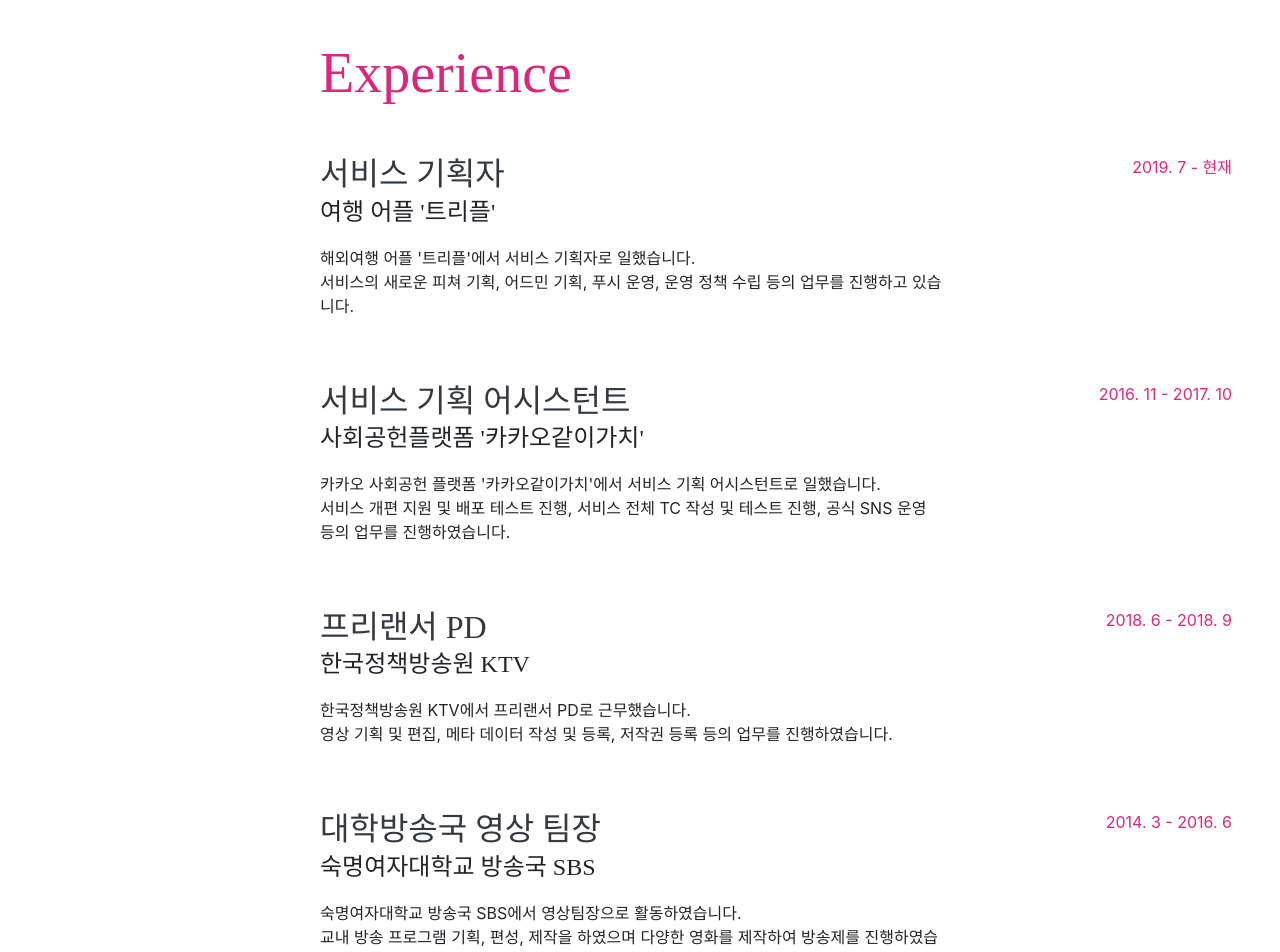
Repository: hyunah-aha/hyunah-aha
Page: Resume/index.html
The author's editor kept a record of every edit. The page is drawn from the files as they stood at one moment, then again after the next edit.
The browser window is 1280 px wide. The pictures show the part of the page from y = 729 to 1681 px (the page is 4823 px tall before and 4799 px after).
A picture or video elsewhere on the page could not be fetched, so the positions and the page height are approximate. Some web fonts or font styles are not loaded; a fallback is used.

Above is the page before.

### Resume/index.html
<!DOCTYPE html>
<html lang="kor">

<head>

  <meta charset="utf-8">
  <meta name="viewport" content="width=device-width, initial-scale=1, shrink-to-fit=no">
  <meta name="description" content="">
  <meta name="author" content="">

  <title>Resume - Start Bootstrap Theme</title>

  <!-- Bootstrap core CSS -->
  <link href="vendor/bootstrap/css/bootstrap.min.css" rel="stylesheet">

  <!-- Custom fonts for this template -->
  <link href="https://fonts.googleapis.com/css?family=Saira+Extra+Condensed:500,700" rel="stylesheet">
  <link href="https://fonts.googleapis.com/css?family=Muli:400,400i,800,800i" rel="stylesheet">
  <link href="vendor/fontawesome-free/css/all.min.css" rel="stylesheet">

  <!-- Custom styles for this template -->
  <link href="css/resume.css" rel="stylesheet">

</head>

<body id="page-top">

  <nav class="navbar navbar-expand-lg navbar-dark bg-primary fixed-top" id="sideNav">
    <a class="navbar-brand js-scroll-trigger" href="#page-top">
      <span class="d-block d-lg-none">현아의 포트폴리오
</span>
      <span class="d-none d-lg-block">
        <img class="img-fluid img-profile rounded-circle mx-auto mb-2" src="img/hyunah_profile2.jpeg" alt="">
      </span>
    </a>
    <button class="navbar-toggler" type="button" data-toggle="collapse" data-target="#navbarSupportedContent" aria-controls="navbarSupportedContent" aria-expanded="false" aria-label="Toggle navigation">
      <span class="navbar-toggler-icon"></span>
    </button>
    <div class="collapse navbar-collapse" id="navbarSupportedContent">
      <ul class="navbar-nav">
        <li class="nav-item">
          <a class="nav-link js-scroll-trigger" href="#about">Hello :D </a>
        </li>
        <li class="nav-item">
          <a class="nav-link js-scroll-trigger" href="#experience">experience</a>
        </li>
        <li class="nav-item">
        </li>
        <li class="nav-item">
          <a class="nav-link js-scroll-trigger" href="#skills">skills</a>
        </li>
        <li class="nav-item">
          <a class="nav-link js-scroll-trigger" href="#interests">interests</a>
        </li>
        <li class="nav-item">
          <a class="nav-link js-scroll-trigger" href="#awards">awards</a>
        </li>
      </ul>
    </div>
  </nav>

  <div class="container-fluid p-0">

    <section class="resume-section p-3 p-lg-5 d-flex align-items-center" id="about">
      <div class="w-100">
        <h2 class="mb-0">현아의 포트폴리오
        </h2>
        <br>
        <div class="subheading mb-5">T. 010-8704-0516<br>
          <a href="mailto:someday_ii@hanmail.net">E. someday_ii@hanmail.net</a>
        </div>
        <p class="lead mb-5">안녕하세요. 1년차 서비스 기획자 조현아입니다 🐥🌱 <br>이 자료는 저의 경력 사항들과, 그 이외의 경험들을 담고 있습니다. <br> 시간 내주셔서 감사드립니다. 지금부터 제 소개를 시작하겠습니다.</p>
        <br>
        <div class="social-icons">
          <a href="https://www.triple.guide/intro/" target="_blank">
            <i class="fab fa-linkedin-in"></i>
          </a>
          <a href="https://together.kakao.com/" target="_blank">
            <i class="fab fa-github"></i>
          </a>
          <a href="https://www.naver.com/" target="_blank">
            <i class="fab fa-twitter"></i>
          </a>
          <a href="https://www.daum.net" target="_blank">
            <i class="fab fa-facebook-f"></i>
          </a>
        </div>
      </div>
    </section>

    <hr class="m-0">

    <section class="resume-section p-3 p-lg-5 d-flex justify-content-center" id="experience">
      <div class="w-100">
        <h2 class="mb-5">Experience</h2>

        <div class="resume-item d-flex flex-column flex-md-row justify-content-between mb-5">
          <div class="resume-content">
            <h3 class="mb-0">서비스 기획자</h3>
            <div class="subheading mb-3">여행 어플 '트리플'</div>
            <p>해외여행 어플 '트리플'에서 서비스 기획자로 일했습니다. <br> 서비스의 새로운 피쳐 기획, 어드민 기획, 푸시 운영, 운영 정책 수립 등의 업무를 진행하고 있습니다. </p>
          </div>
          <div class="resume-date text-md-right">
            <span class="text-primary">2019. 7 - 현재</span>
          </div>
        </div>

        <div class="resume-item d-flex flex-column flex-md-row justify-content-between mb-5">
          <div class="resume-content">
            <h3 class="mb-0">서비스 기획 어시스턴트</h3>
            <div class="subheading mb-3">사회공헌플랫폼 '카카오같이가치'</div>
            <p>카카오 사회공헌 플랫폼 '카카오같이가치'에서 서비스 기획 어시스턴트로 일했습니다. <br>  서비스 개편 지원 및 배포 테스트 진행, 서비스 전체 TC 작성 및 테스트 진행, 공식 SNS 운영 등의 업무를 진행하였습니다. </p>
          </div>
          <div class="resume-date text-md-right">
            <span class="text-primary">2016. 11 - 2017. 10</span>
          </div>
        </div>


        <div class="resume-item d-flex flex-column flex-md-row justify-content-between mb-5">
          <div class="resume-content">
            <h3 class="mb-0">프리랜서 PD</h3>
            <div class="subheading mb-3">한국정책방송원 KTV</div>
            <p>한국정책방송원 KTV에서 프리랜서 PD로 근무했습니다. <br>영상 기획 및 편집, 메타 데이터 작성 및 등록, 저작권 등록 등의 업무를 진행하였습니다.</p>
          </div>
          <div class="resume-date text-md-right">
            <span class="text-primary">2018. 6 - 2018. 9</span>
          </div>
        </div>

        <div class="resume-item d-flex flex-column flex-md-row justify-content-between">
          <div class="resume-content">
            <h3 class="mb-0">대학방송국 영상 팀장</h3>
            <div class="subheading mb-3">숙명여자대학교 방송국 SBS</div>
            <p>숙명여자대학교 방송국 SBS에서 영상팀장으로 활동하였습니다. <br>교내 방송 프로그램 기획, 편성, 제작을 하였으며 다양한 영화를 제작하여 방송제를 진행하였습니다.</p>
          </div>
          <div class="resume-date text-md-right">
            <span class="text-primary">2014. 3 - 2016. 6</span>
          </div>
        </div>
        <br><br>

        </div>

      </div>

    </section>

    <hr class="m-0">

    <section class="resume-section p-3 p-lg-5 d-flex align-items-center" id="education">
      <div class="w-100">
        <h2 class="mb-5">Education</h2>

        <div class="resume-item d-flex flex-column flex-md-row justify-content-between mb-5">
          <div class="resume-content">
            <h3 class="mb-0">숙명여자대학교</h3>
            <div class="subheading mb-3">bachelor's degree of social science</div>
            <div>Media & Communication</div>
            <p>학점 : ️3.7</p>
          </div>
          <div class="resume-date text-md-right">
            <span class="text-primary">2014. 3 - 2020. 2</span>
          </div>
        </div>

        <div class="resume-item d-flex flex-column flex-md-row justify-content-between">
          <div class="resume-content">
            <h3 class="mb-0">서울 외국어 고등학교</h3>
            <div class="subheading mb-3">English department</div>
            <p>1st major: English<br>
            2nd major: German<br>
            3rd major: Japanese</p>
          </div>
          <div class="resume-date text-md-right">
            <span class="text-primary">2010. 4 - 2013. 2</span>
          </div>
        </div>

      </div>
    </section>

    <hr class="m-0">


    <section class="resume-section p-3 p-lg-5 d-flex align-items-center" id="skills">
      <div class="w-100">
        <h2 class="mb-5">Skills</h2>

        <div class="subheading mb-3">Programming Languages &amp; Tools</div>
        <ul class="list-inline dev-icons">
          <li class="list-inline-item">
            <i class="fab fa-html5"></i>
          </li>
          <li class="list-inline-item">
            <i class="fab fa-css3-alt"></i>
          </li>
          <li class="list-inline-item">
            <i class="fab fa-js-square"></i>
          </li>
          <li class="list-inline-item">
            <i class="fab fa-angular"></i>
          </li>
          <li class="list-inline-item">
            <i class="fab fa-react"></i>
          </li>
          <li class="list-inline-item">
            <i class="fab fa-node-js"></i>
          </li>
          <li class="list-inline-item">
            <i class="fab fa-sass"></i>
          </li>
          <li class="list-inline-item">
            <i class="fab fa-less"></i>
          </li>
          <li class="list-inline-item">
            <i class="fab fa-wordpress"></i>
          </li>
          <li class="list-inline-item">
            <i class="fab fa-gulp"></i>
          </li>
          <li class="list-inline-item">
            <i class="fab fa-grunt"></i>
          </li>
          <li class="list-inline-item">
            <i class="fab fa-npm"></i>
          </li>
        </ul>

        <div class="subheading mb-3">Know more</div>
        <div class="card" style="width: 18rem;">
          <img src="img/" class="card-img-top" alt="...">
          <div class="card-body">
          <h5 class="card-title">트리플</h5>
          <p class="card-text">Some quick example text to build on the card title and make up the bulk of the card's content.</p>
          <a href=https://www.triple.guide/intro/ class="btn btn-primary">더보기</a>
        </div>
</div>
      </div>
    </section>

    <hr class="m-0">

    <section class="resume-section p-3 p-lg-5 d-flex align-items-center" id="interests">
      <div class="w-100">
        <h2 class="mb-5">Interests</h2>
        <h5>저는 밖에서 걷고, 뛰는 것을 좋아합니다. <br>아무 도구 없이도, 두 발만 있으면 언제 어디서든 할 수 있다는 '자유로움' 때문입니다. 그리고, 걷거나 달리면서 다양한 것들을 할 수 있어요. 특별한 상상을 할 수도 있고, 머리 속을 텅- 비워볼 수 있고, 또 복잡했던 고민을 풀거나 감정을 정리할 수도 있어요. 종종 책상에선 떠오르지 않던 아이디어가 뿅! 하고 튀어나오기도 해요. :D</h5><br>
        <p class="mb-0">그리고 또, 이런 것들을 좋아해요.<br>
        #영화 #여행 #강아지 #글씨쓰기 #대화 #혼자만의_시간 #디즈니 #상상</p>
      </div>
    </section>

    <hr class="m-0">

    <section class="resume-section p-3 p-lg-5 d-flex align-items-center" id="awards">
      <div class="w-100">
        <h2 class="mb-5">Awards &amp; Certifications</h2>
        <ul class="fa-ul mb-0">
          <li>
            <i class="fa-li fa fa-trophy text-warning"></i>
            대한민국 CSR 필름 페스티벌 재능나눔상(보건복지부장관상)</li>
          <li>
            <i class="fa-li fa fa-trophy text-warning"></i>
            신한은행 광고 영상 UCC 공모전 우수상</li>
          <li>
            <i class="fa-li fa fa-trophy text-warning"></i>
            경찰청 29초 영화제 최우수상</li>

        </ul>
      </div>
    </section>

  </div>

  <!-- Bootstrap core JavaScript -->
  <script src="vendor/jquery/jquery.min.js"></script>
  <script src="vendor/bootstrap/js/bootstrap.bundle.min.js"></script>

  <!-- Plugin JavaScript -->
  <script src="vendor/jquery-easing/jquery.easing.min.js"></script>

  <!-- Custom scripts for this template -->
  <script src="js/resume.min.js"></script>

</body>

</html>

### Resume/css/resume.css
/*!
 * Start Bootstrap - Resume v5.0.8 (https://startbootstrap.com/template-overviews/resume)
 * Copyright 2013-2019 Start Bootstrap
 * Licensed under MIT (https://github.com/BlackrockDigital/startbootstrap-resume/blob/master/LICENSE)
 */
head

body {
  font-family: 'MapoGoldenPier'; src: url('https://cdn.jsdelivr.net/gh/projectnoonnu/noonfonts_2001@1.1/MapoGoldenPierA.woff') format('woff'); font-weight: normal; font-style: normal;
  padding-top: 54px;
  color: #868e96;
}

@media (min-width: 992px) {
  body {
    padding-top: 0;
    padding-left: 17rem;
  }
}

h1,
h2,
h3,
h4,
h5,
h6 {
  font-family: 'MapoGoldenPier'; src: url('https://cdn.jsdelivr.net/gh/projectnoonnu/noonfonts_2001@1.1/MapoGoldenPierA.woff') format('woff'); font-weight: normal; font-style: normal;
  color: #343a40;
}

h1 {
  font-size: 6rem;
  line-height: 5.5rem;
  font-family: 'MapoGoldenPier';
}

h2 {
  color: #dc287c;
  font-size: 3.5rem;
  font-family: 'MapoGoldenPier'
}

h3 {
  font-size: 2rem;
  font-family: 'MapoGoldenPier';
}

p.lead {
  font-size: 1.15rem;
  font-weight: 400;
  font-family: 'MapoGoldenPier';
}

.subheading {
  text-transform: uppercase;
  font-weight: 500;
  font-family: 'MapoGoldenPier';
  font-size: 1.5rem;
}

.social-icons a {
  display: inline-block;
  height: 3.5rem;
  width: 3.5rem;
  background-color: #495057;
  color: #fff !important;
  border-radius: 100%;
  text-align: center;
  font-size: 1.5rem;
  line-height: 3.5rem;
  margin-right: 1rem;
  font-family: 'MapoGoldenPier';
}

.social-icons a:last-child {
  margin-right: 0;
}

.social-icons a:hover {
  background-color: #BD5D38;
}

.dev-icons {
  font-size: 3rem;
}

.dev-icons .list-inline-item i:hover {
  color: #BD5D38;
}

#sideNav .navbar-nav .nav-item .nav-link {
  font-weight: 800;
  letter-spacing: 0.05rem;
  text-transform: uppercase;
}

#sideNav .navbar-toggler:focus {
  outline-color: #d48a6e;
}

@media (min-width: 992px) {
  #sideNav {
    text-align: center;
    position: fixed;
    top: 0;
    left: 0;
    display: flex;
    flex-direction: column;
    width: 17rem;
    height: 100vh;
  }
  #sideNav .navbar-brand {
    display: flex;
    margin: auto auto 0;
    padding: 0.5rem;
  }
  #sideNav .navbar-brand .img-profile {
    max-width: 10rem;
    max-height: 10rem;
    border: 0.5rem solid rgba(255, 255, 255, 0.2);
  }
  #sideNav .navbar-collapse {
    display: flex;
    align-items: flex-start;
    flex-grow: 0;
    width: 100%;
    margin-bottom: auto;
  }
  #sideNav .navbar-collapse .navbar-nav {
    flex-direction: column;
    width: 100%;
  }
  #sideNav .navbar-collapse .navbar-nav .nav-item {
    display: block;
  }
  #sideNav .navbar-collapse .navbar-nav .nav-item .nav-link {
    display: block;
  }
}

section.resume-section {
  padding-top: 5rem !important;
  padding-bottom: 5rem !important;
  max-width: 75rem;
}

section.resume-section .resume-item .resume-date {
  min-width: none;
}

@media (min-width: 768px) {
  section.resume-section {
    min-height: 100vh;
  }
  section.resume-section .resume-item .resume-date {
    min-width: 18rem;
  }
}

@media (min-width: 992px) {
  section.resume-section {
    padding-top: 3rem !important;
    padding-bottom: 3rem !important;
  }
}

.bg-primary {
  background-color: #dc287c !important;
}

.text-primary {
  color: #dc287c !important;
}

a {
  color: #dc287c;
}

a:hover, a:focus, a:active {
  color: #824027;
}

Loaded but not shown: Resume/vendor/bootstrap/css/bootstrap.min.css (library); Resume/vendor/fontawesome-free/css/all.min.css (library); Resume/vendor/jquery/jquery.min.js (library); Resume/vendor/bootstrap/js/bootstrap.bundle.min.js (library); Resume/vendor/jquery-easing/jquery.easing.min.js (common file); Resume/js/resume.min.js (common file)

After the next edit:
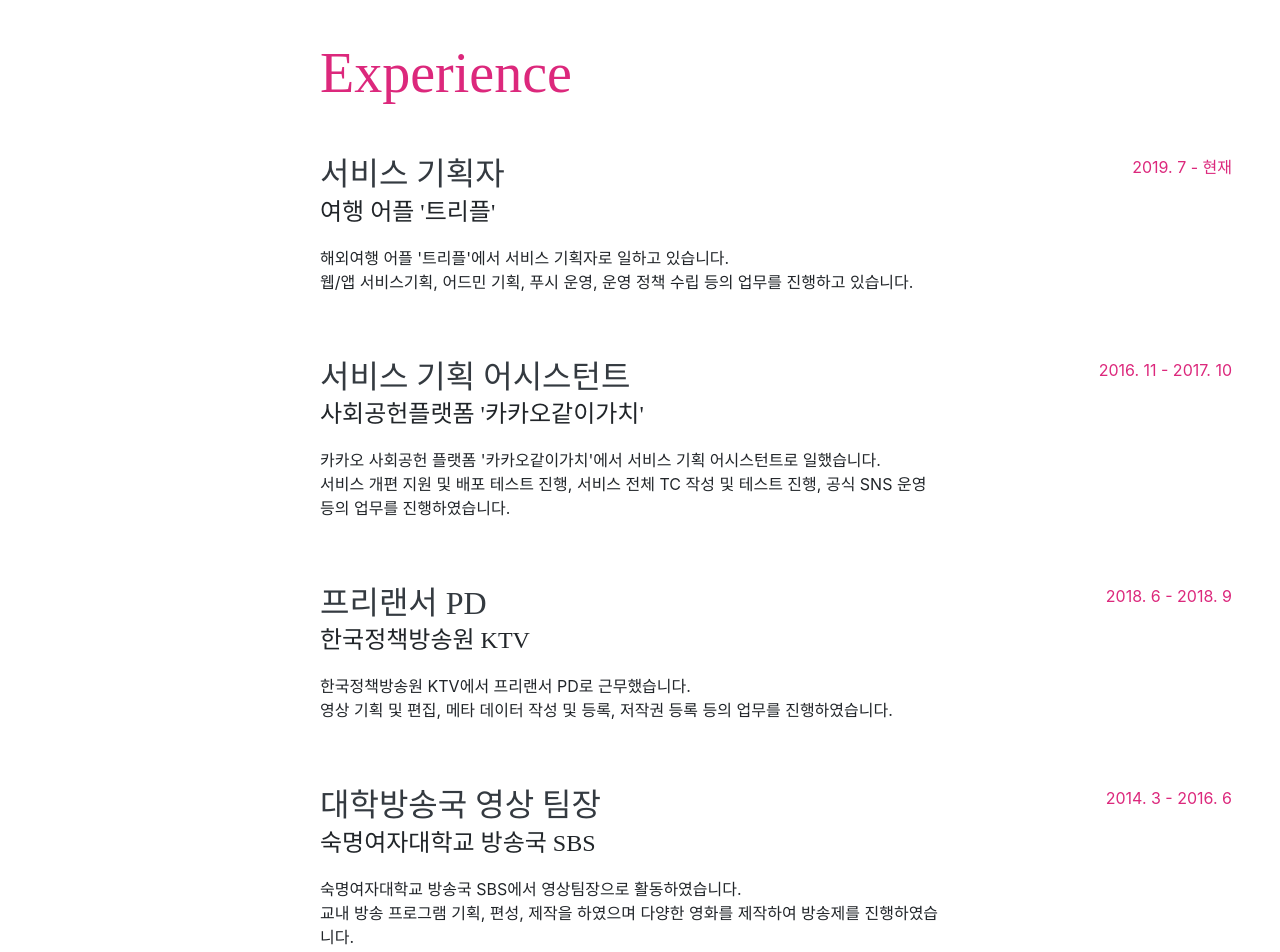
The edit:
--- a/Resume/index.html
+++ b/Resume/index.html
@@ -98,7 +98,7 @@
           <div class="resume-content">
             <h3 class="mb-0">서비스 기획자</h3>
             <div class="subheading mb-3">여행 어플 '트리플'</div>
-            <p>해외여행 어플 '트리플'에서 서비스 기획자로 일했습니다. <br> 서비스의 새로운 피쳐 기획, 어드민 기획, 푸시 운영, 운영 정책 수립 등의 업무를 진행하고 있습니다. </p>
+            <p>해외여행 어플 '트리플'에서 서비스 기획자로 일하고 있습니다. <br> 웹/앱 서비스기획, 어드민 기획, 푸시 운영, 운영 정책 수립 등의 업무를 진행하고 있습니다. </p>
           </div>
           <div class="resume-date text-md-right">
             <span class="text-primary">2019. 7 - 현재</span>
